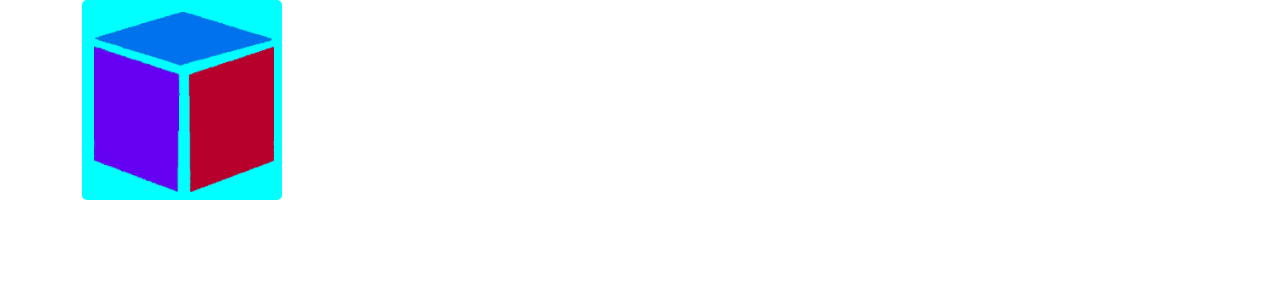
Repository: mrchilliballs/iReady-Overload
Page: extension/iReady Overload Reborn/popup.html
The author's editor kept a copy of each file at every save. The page is drawn from the files as they stood at one save, then again after the next save.
The browser window is 1280 px wide. The pictures show the whole page.
The pointer rests on the first visible `.iready-img`.

Above is the page before, as saved 2021-08-31 13:29:25.

### extension/iReady Overload Reborn/popup.html
<!DOCTYPE html>
<html lang="en">
<head>
    <meta charset="UTF-8">
    <meta http-equiv="X-UA-Compatible" content="IE=edge">
    <meta name="viewport" content="width=device-width, initial-scale=1.0">
    <link rel="stylesheet" href="https://cdn.jsdelivr.net/npm/bootstrap@5.1.0/dist/css/bootstrap.min.css" integrity="sha384-KyZXEAg3QhqLMpG8r+8fhAXLRk2vvoC2f3B09zVXn8CA5QIVfZOJ3BCsw2P0p/We" crossorigin="anonymous">
    <title>Document</title>
    <style>
        .iready-img {
            height: 50px;
            width: 50px;
            text-align: center;
            margin-left:12px;
            margin-top:12px;
            transition: width 0.5s, height 0.5s;
        }
        .rounded-circle {
            height:75px;
            width: 75px;
            transition: height;
            transition: width 0.5s, height 0.5s, border-radius 0.5s;
        }
        .rounded-circle:hover {
            width: 200px;
            height: 200px;
            border-radius: 5px !important;
        }
        .iready-img:hover {
            height: 180px;
            width: 180px;
        }
        .bg-blue {
            background-color: aqua;
        }
    </style>
</head>
<body>
    <main class="container">
        <section class="bg-blue rounded-circle"><img src="icon.png" alt="iready icon" class="iready-img"></section>
    </main>
    <script src="https://cdn.jsdelivr.net/npm/bootstrap@5.1.0/dist/js/bootstrap.bundle.min.js" integrity="sha384-U1DAWAznBHeqEIlVSCgzq+c9gqGAJn5c/t99JyeKa9xxaYpSvHU5awsuZVVFIhvj" crossorigin="anonymous"></script>
</body>
</html>

After the next save:
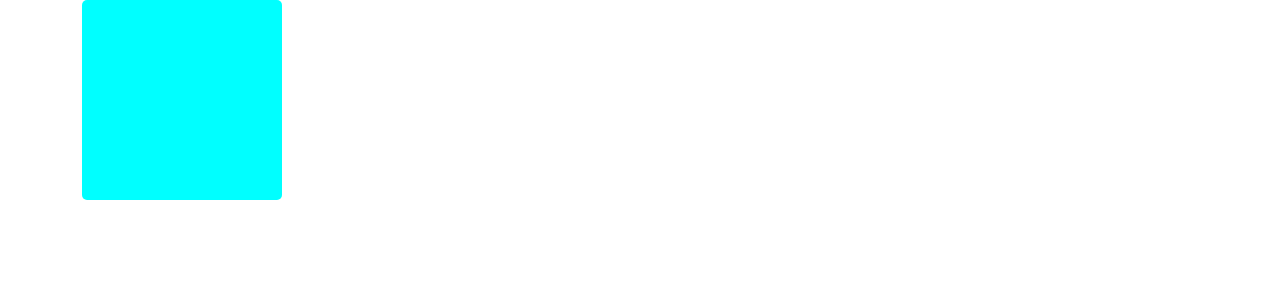
Saved 56 s later.
--- a/extension/iReady Overload Reborn/popup.html
+++ b/extension/iReady Overload Reborn/popup.html
@@ -27,8 +27,7 @@
             border-radius: 5px !important;
         }
         .iready-img:hover {
-            height: 180px;
-            width: 180px;
+            display: none;
         }
         .bg-blue {
             background-color: aqua;
